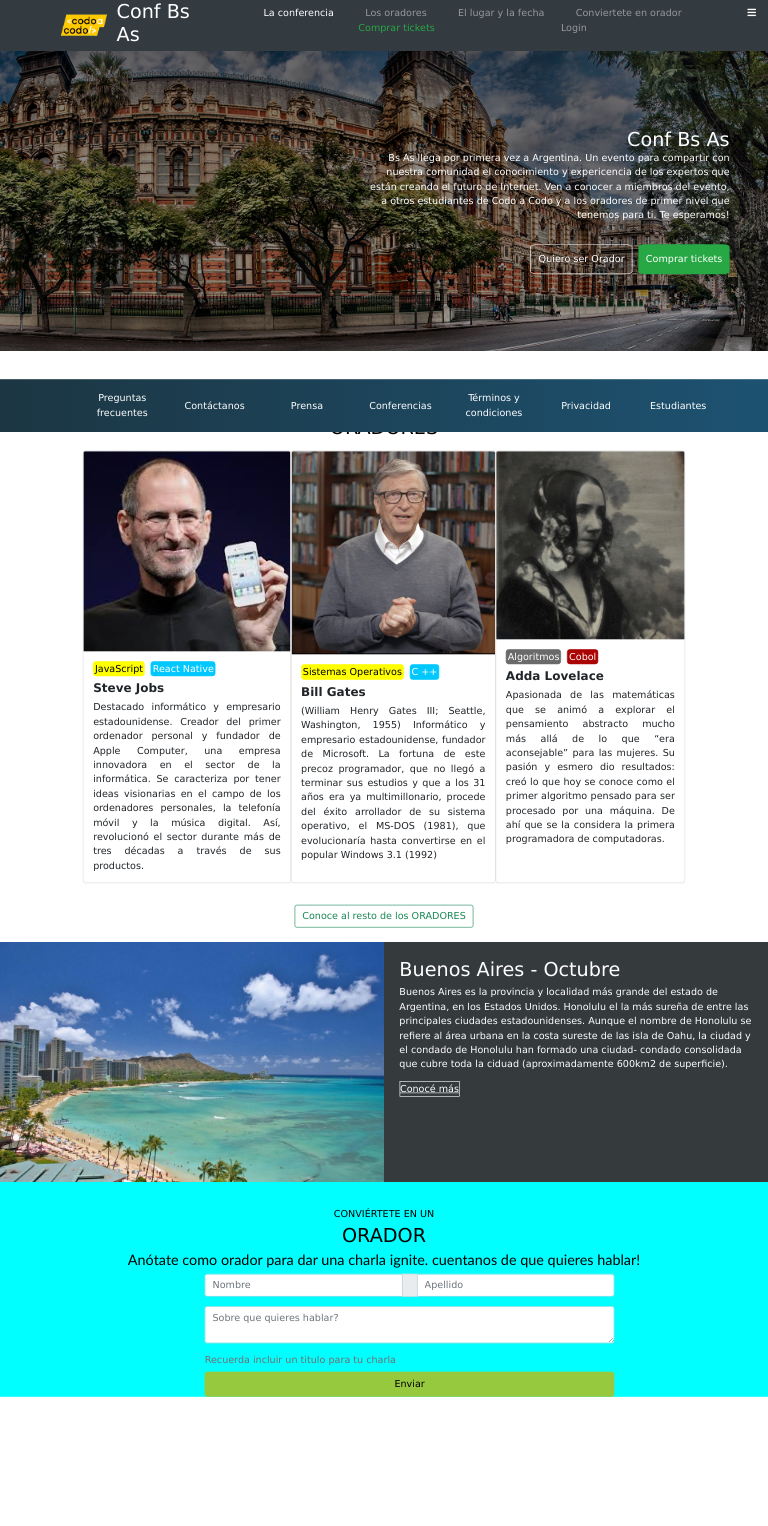
Repository: carolinaeramirez/tpntegrador_cac_23552
Page: http://localhost/integrador_cac/
These files come from the project's save history. The page is drawn as it stood at one moment and after the next save; the edit follows.
The browser window is 1280 px wide. The pictures show the whole page, at 60% of full size.
The page is served by Tomcat 9. Other server files are loaded and not shown.

Above is the page before, as saved 2023-12-15 20:03:55.

### integrador_cac/src/main/webapp/index.jsp
<%@ page language="java" contentType="text/html; charset=UTF-8"
    pageEncoding="UTF-8"%>

<!DOCTYPE html>
<html lang="en">
  <head>
    <meta charset="UTF-8" />
    <meta name="viewport" content="width=device-width, initial-scale=1.0" />
    <title>Proyecto integrador |GRUPO 5</title>
    <link
      rel="stylesheet"
      href="https://cdnjs.cloudflare.com/ajax/libs/font-awesome/5.15.3/css/all.min.css"
    />
    <link
      rel="shortcut icon"
      href="./assets/img/favicon.ico"
      type="image/x-icon"
    />
    <link
      href="https://cdn.jsdelivr.net/npm/bootstrap@5.0.2/dist/css/bootstrap.min.css"
      rel="stylesheet"
      integrity="sha384-EVSTQN3/azprG1Anm3QDgpJLIm9Nao0Yz1ztcQTwFspd3yD65VohhpuuCOmLASjC"
      crossorigin="anonymous"
    />
    <link rel="stylesheet" href="./css/estilos.css" />
  </head>
  <body>

    <jsp:include page="header.jsp"/>

    <!-- LA CONFERENCIA -->
    <section id="conferencia" class="section_conferencia">
      <h1>Conf Bs As</h1>
      <p>
        Bs As llega por primera vez a Argentina. Un evento para compartir con
        nuestra comunidad el conocimiento y expericencia de los expertos que
        están creando el futuro de Internet. Ven a conocer a miembros del
        evento, a otros estudiantes de Codo a Codo y a los oradores de primer
        nivel que tenemos para ti. Te esperamos!
      </p>
      <div class="section_conferencia_button">
        <a class="quiero_ser_orador" href="#formularioOrador"
          >Quiero ser Orador</a
        >
        <a class="comprar_tickets" href="tickets.jsp"
          >Comprar tickets</a
        >
      </div>
    </section>
    <!-- LOS ORADORES -->
    <main>
      <section id="oradores" class="oradores">
        <div class="titulo-subtitulo">
          <h2 class="subtitulo">CONOCE A LOS</h2>
          <h1 class="titulo">ORADORES</h1>
        </div>
        <div class="contenedor-tarjetas">
          <div class="card">
            <img
              src="./assets/img/steve.jpg"
              class="card-img-top"
              alt="imagen de Steve Jobs mostrando un celular"
            />
            <div class="card-body">
              <div class="temas">
                <h6 class="colorAmarillo">JavaScript</h6>
                <h6 class="colorCeleste">React Native</h6>
              </div>
              <h5 class="card-title">Steve Jobs</h5>
              <p class="card-text">
                Destacado informático y empresario estadounidense. Creador del
                primer ordenador personal y fundador de Apple Computer, una
                empresa innovadora en el sector de la informática. Se
                caracteriza por tener ideas visionarias en el campo de los
                ordenadores personales, la telefonía móvil y la música digital.
                Así, revolucionó el sector durante más de tres décadas a través
                de sus productos.
              </p>
              <!-- <a href="#" class="btn btn-primary">Go somewhere</a> -->
            </div>
          </div>

          <div class="card">
            <img
              src="./assets/img/bill.jpg"
              class="card-img-top"
              alt="Imagen de Bill Gates tomandose las manos"
            />
            <div class="card-body">
              <div class="temas">
                <h6 class="colorAmarillo">Sistemas Operativos</h6>
                <h6 class="colorCeleste">C ++</h6>
              </div>
              <h5 class="card-title">Bill Gates</h5>
              <p class="card-text">
                (William Henry Gates III; Seattle, Washington, 1955) Informático
                y empresario estadounidense, fundador de Microsoft. La fortuna
                de este precoz programador, que no llegó a terminar sus estudios
                y que a los 31 años era ya multimillonario, procede del éxito
                arrollador de su sistema operativo, el MS-DOS (1981), que
                evolucionaría hasta convertirse en el popular Windows 3.1 (1992)
              </p>
              <!-- <a href="#" class="btn btn-primary">Go somewhere</a> -->
            </div>
          </div>

          <div class="card">
            <img
              src="./assets/img/ada.jpeg"
              class="card-img-top"
              alt="Retrato en blanco y negro de Adda Lovelace"
            />
            <div class="card-body">
              <div class="temas">
                <h6 class="colorGris">Algoritmos</h6>
                <h6 class="colorRojo">Cobol</h6>
              </div>
              <h5 class="card-title">Adda Lovelace</h5>
              <p class="card-text">
                Apasionada de las matemáticas que se animó a explorar el
                pensamiento abstracto mucho más allá de lo que “era aconsejable”
                para las mujeres. Su pasión y esmero dio resultados: creó lo que
                hoy se conoce como el primer algoritmo pensado para ser
                procesado por una máquina. De ahí que se la considera la primera
                programadora de computadoras.
              </p>
              <!-- <a href="#" class="btn btn-primary">Go somewhere</a> -->
            </div>
          </div>
        </div>
          </section>
		    <section class="container mb-4 text-center" id="restoOradores">
		       <a class="btn btn-outline-success" href="<%=request.getContextPath()%>/FindAllOradorController">Conoce al resto de los ORADORES</a>
		    </section>



      <section id="lugarFecha" class="lugar_fecha">
        <div class="lugar_fecha_imagen">
          <img src="./assets/img/honolulu.jpg" alt="Honolulu" loading="lazy"/>
        </div>
        <div class="lugar_fecha_texto">
          <h2>Buenos Aires - Octubre</h2>
          <p>
            Buenos Aires es la provincia y localidad más grande del estado de
            Argentina, en los Estados Unidos. Honolulu el la más sureña de entre
            las principales ciudades estadounidenses. Aunque el nombre de
            Honolulu se refiere al área urbana en la costa sureste de las isla
            de Oahu, la ciudad y el condado de Honolulu han formado una ciudad-
            condado consolidada que cubre toda la ciduad (aproximadamente 600km2
            de superficie).
          </p>
          <a class="lugar_fecha_conoce_mas" href="./pages/404.html"
            >Conocé más</a
          >
        </div>
      </section>

     <section class="formularioOrador">
      <div id="formularioOrador">
        <div class="titulo-subtitulo">
          <h2 class="subtitulo">CONVIÉRTETE EN UN</h2>
          <h1 class="titulo">ORADOR</h1>
          <h3 class="info">
            Anótate como orador para dar una charla ignite. cuentanos de que
            quieres hablar!
          </h3>
        </div>
        <div class="formulario-row">
          <div class="input-group mb-3">
            <input type="text" class="form-control" placeholder="Nombre" />
            <span class="input-group-text"> </span>
            <input type="text" class="form-control" placeholder="Apellido" />
          </div>
        </div>
        <div class="input-textarea">
          <div class="input-group mb-3">
            <textarea
              class="form-control"
              placeholder="Sobre que quieres hablar?"
            ></textarea>
          </div>
          <label for="textarea" class="label-textarea"
            >Recuerda incluir un titulo para tu charla</label
          >
          <input type="button" value="Enviar" class="btn-enviar" />
        </div>
      </div>
     </section>
    </main>

     <jsp:include page="footer.jsp"/>
  </body>
  <script src="./js/menu.js"></script>
  <script
    src="https://cdn.jsdelivr.net/npm/bootstrap@5.0.2/dist/js/bootstrap.bundle.min.js"
    integrity="sha384-MrcW6ZMFYlzcLA8Nl+NtUVF0sA7MsXsP1UyJoMp4YLEuNSfAP+JcXn/tWtIaxVXM"
    crossorigin="anonymous"
  ></script>
</html>

### integrador_cac/src/main/webapp/header.jsp
 <header>
      <div class="encabezado">
        <div class="encabezado__logo">
          <a
            href="https://buenosaires.gob.ar/educacion/codo-codo-40"
            target="_blank"
          >
            <img
              class="encabezado__logo__img"
              src="assets/img/codoacodo.png"
              alt="logo de codo a codo 4.0"
              loading="lazy"
            />
          </a>
        </div>
        <div class="encabezado__titulo">
          <h2>Conf Bs As</h2>
        </div>
        <nav class="encabezado__nav">
          <ul>
            <li>
              <a class="encabezado_conferencia" href="index.jsp#conferencia"
                >La conferencia</a
              >
            </li>
            <li>
              <a class="encabezado_links" href="index.jsp#oradores">Los oradores</a>
            </li>
            <li>
              <a class="encabezado_links" href="index.jsp#lugarFecha"
                >El lugar y la fecha</a
              >
            </li>
            <li>
              <a class="encabezado_links" href="index.jsp#formularioOrador"
                >Conviertete en orador</a
              >
            </li>
            <li>
              <a class="encabezado_comprar_tickets" href="tickets.jsp"
                >Comprar tickets</a
              >
            </li>
            <li>
              <a class="encabezado_links" href="login.jsp"
                >Login</a
              >
            </li>
          </ul>
        </nav>
        <div class="encabezado__hamburguesa">
          <i class="fas fa-bars" id="hamburguesa"></i>
        </div>
      </div>
    </header>

### integrador_cac/src/main/webapp/footer.jsp
<footer class="footer_contenedor">
      <a class="anclas_footer" href="">Preguntas frecuentes</a>
      <a class="anclas_footer" href="">Contáctanos</a>
      <a class="anclas_footer" href="">Prensa</a>
      <a class="anclas_footer" href="">Conferencias</a>
      <a class="anclas_footer" href="">Términos y condiciones</a>
      <a class="anclas_footer" href="">Privacidad</a>
      <a class="anclas_footer" href="">Estudiantes</a>
    </footer>

### integrador_cac/src/main/webapp/formularioOrador.jsp
  <section class="container" id="form-orador">
		        <div class="row justify-content-center">
		            <div class="col-lg-8 col-xl-7">
		                <h2 class="titulo-gral">Conviértete en un <span>orador</span></h2>
		                <p class="text-center">Anótate como orador para dar una charla ignite. Cuéntanos de qué quieres hablar!</p>
		                <form action="<%=request.getContextPath()%>/CreateOradorController" method="POST">
		                    <div class="row gx-2">
		                        <div class="col-md mb-3">
		                            <input type="text" class="form-control" name="nombre" placeholder="Nombre" aria-label="Nombre" required>
		                        </div>
		                        <div class="col-md mb-3">
		                            <input type="text" class="form-control" name="apellido" placeholder="Apellido" aria-label="Apellido" required>
		                        </div>
		                    </div>
		                    <div class="row">
		                        <div class="col mb-3">
		                            <input type="email" class="form-control" name="mail" placeholder="Email" aria-label="Email" required>
		                        </div>
		                    </div>
		                    <div class="row">
		                        <div class="col mb-3">
		                            <textarea class="form-control" name="tema" id="exampleFormControlTextarea1" rows="4"
		                                placeholder="Sobre qué quieres hablar?" required></textarea>
		                            <div id="emailHelp" class="form-text mb-3">Recuerda incluir un título para tu charla.</div>
		                            <div class="d-grid">
		                                <button type="submit" class="btn btn-lg btn-form">Enviar</button>
		                            </div>
		                        </div>
		                    </div>
		                </form>
		            </div>
		        </div>
		    </section>

Loaded but not shown: integrador_cac/src/main/webapp/js/menu.js (8 lines, source omitted); integrador_cac/src/main/webapp/css/estilos.css (677 lines, source omitted)

After the next save:
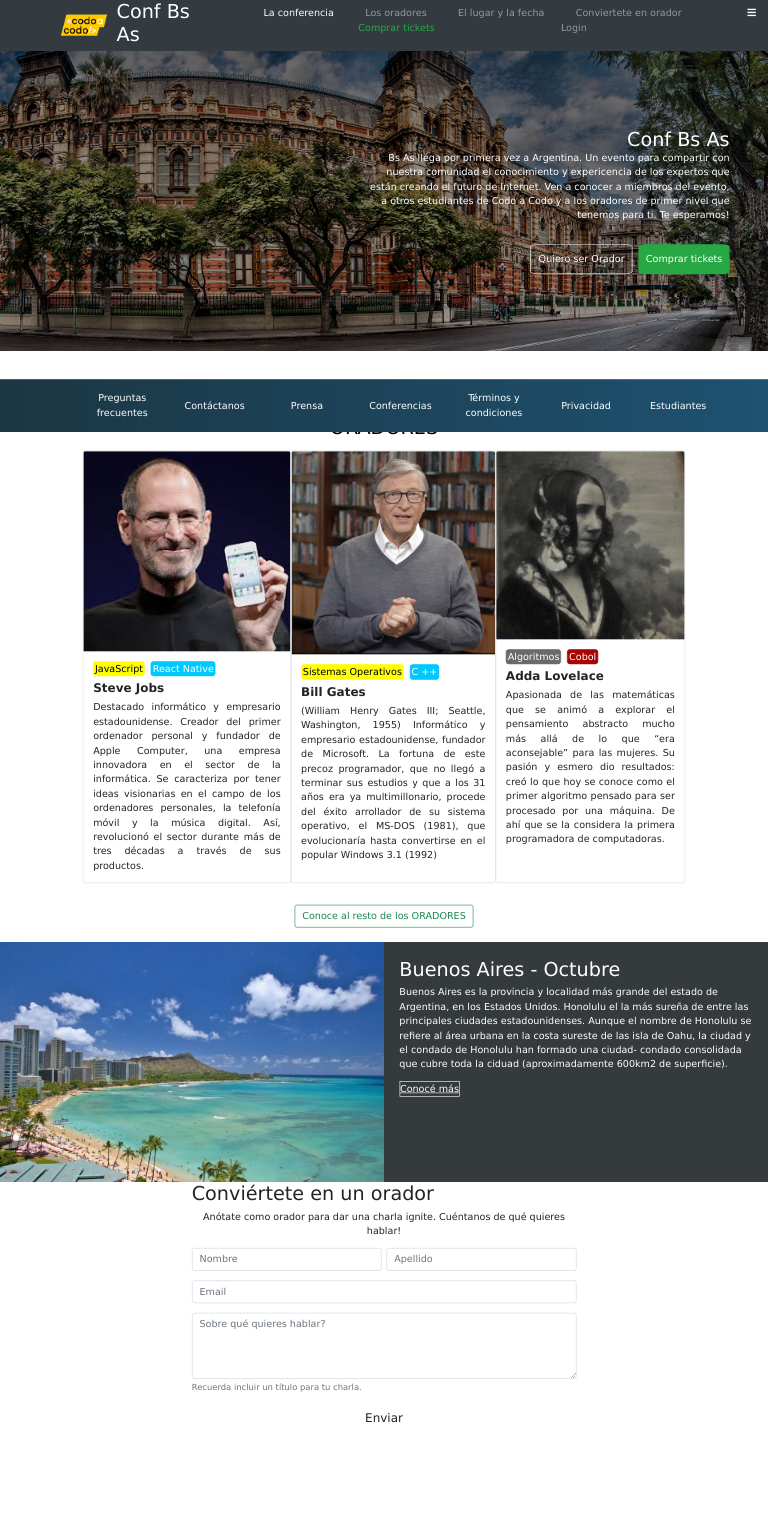
Saved 33 s later.
--- a/integrador_cac/src/main/webapp/index.jsp
+++ b/integrador_cac/src/main/webapp/index.jsp
@@ -156,37 +156,7 @@
         </div>
       </section>
 
-     <section class="formularioOrador">
-      <div id="formularioOrador">
-        <div class="titulo-subtitulo">
-          <h2 class="subtitulo">CONVIÉRTETE EN UN</h2>
-          <h1 class="titulo">ORADOR</h1>
-          <h3 class="info">
-            Anótate como orador para dar una charla ignite. cuentanos de que
-            quieres hablar!
-          </h3>
-        </div>
-        <div class="formulario-row">
-          <div class="input-group mb-3">
-            <input type="text" class="form-control" placeholder="Nombre" />
-            <span class="input-group-text"> </span>
-            <input type="text" class="form-control" placeholder="Apellido" />
-          </div>
-        </div>
-        <div class="input-textarea">
-          <div class="input-group mb-3">
-            <textarea
-              class="form-control"
-              placeholder="Sobre que quieres hablar?"
-            ></textarea>
-          </div>
-          <label for="textarea" class="label-textarea"
-            >Recuerda incluir un titulo para tu charla</label
-          >
-          <input type="button" value="Enviar" class="btn-enviar" />
-        </div>
-      </div>
-     </section>
+     <jsp:include page="formularioOrador.jsp"></jsp:include>
     </main>
 
      <jsp:include page="footer.jsp"/>
